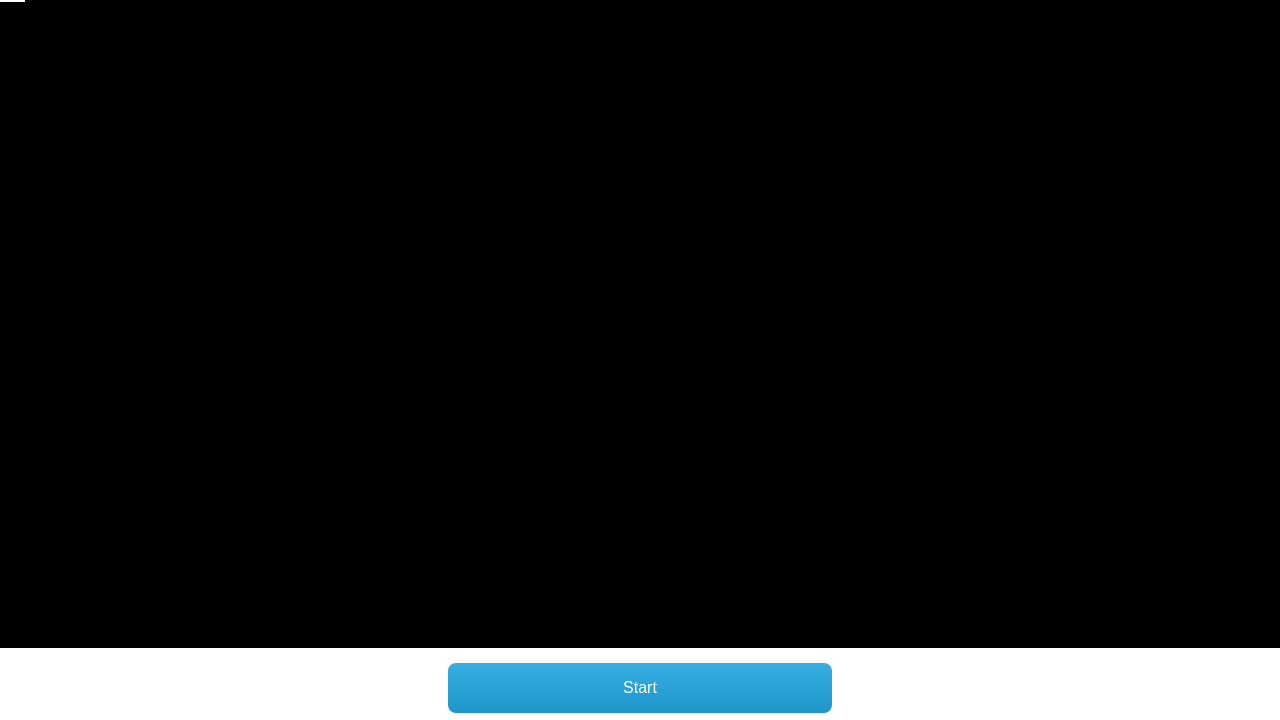
Repository: youssef4-75/windmill
Page: index.html
These files come from the project's save history. The page is drawn as it stood at one moment and after a run of saves; the edit follows.
The browser window is 1280 px wide. The pictures show the whole page.

Above is the page before, as saved 2025-05-02 07:53:21.
Console error (its wording comes from the project's code and is left out).

### index.html
<!DOCTYPE html>
<html>

  <head>
    <link rel="stylesheet" href="index.css">
    <link rel="icon" type="image/png" sizes="192x192" href="android-icon-192x192.png">

    <title>Windmill Simulation</title>
  </head>

  <body>

    <div id="main" class="full-size">
      <div class="line keep"></div>

    </div>

    <button id="launcher" onclick="turnOnOff()">Start</button>
    <script type="text/javascript" src="index.js"></script>

    <!-- Default Statcounter code for Windmill Simulation -->

    <!-- End of Statcounter Code -->
  </body>

</html>

### index.css
html,
body {
    margin: 0;
    padding: 0;
    height: 100%;
    width: 100%;
}

.full-size {
    height: 90%;
    width: 100%;
    overflow: hidden;
    /* or overflow:auto; if you want scrollbars */
}

#main {
    background-color: black;
}

.line {
    width: 50px;
    height: 2px;
    background-color: white;
    /* background: linear-gradient(90deg, red 50%, blue 50%); */
    position: fixed;
    top: 0px;
    left: -25px;
    overflow: hidden;
    z-index: 0;

}

.hit {
    position: fixed;
    height: 10px;
    width: 10px;
    background-color: green;
    transform: translate(-50%, -50%);
    border-radius: 100%;
}

.dot {
    position: fixed;
    height: 10px;
    width: 10px;
    background-color: pink;
    transform: translate(-50%, -50%);
    border-radius: 100%;
}

/*---------------*/

#launcher {
    position: fixed;
    left: 50%;
    transform: translate(-50%, 0%);
    bottom: 7px;
    background-image: linear-gradient(-180deg, #37AEE2 0%, #1E96C8 100%);
    border-radius: .5rem;
    box-sizing: border-box;
    color: #FFFFFF;
    display: flex;
    font-size: 16px;
    justify-content: center;
    padding: 1rem 1.75rem;
    text-decoration: none;
    width: 30%;
    margin-top: 30px;
    border: 0;
    cursor: pointer;
    user-select: none;
    -webkit-user-select: none;
    touch-action: manipulation;
    z-index: 10;
}

#launcher:hover {
    background-image: linear-gradient(-180deg, #1D95C9 0%, #17759C 100%);
}

@media (min-width: 768px) {
    #launcher {
        padding: 1rem 2rem;
    }
}

### index.js
if (!Object.values) Object.values = function (o) {
  return Object.keys(o).map(function (k) {
    return o[k];
  });
};


var floor = function floor(num) {
  // a function to calculate the floor function
  return num << 0;
};

var str2num = function str2num(str) {
  // used to convert a string to a numerical value
  return parseInt(str.slice(0, -2));
};

var vw = window.innerWidth || 2000;  // the view width of the window
var vh = window.innerHeight || 2000;  // the view height of the window
var len = 3 * (vh + vw);  // the length of the line, supposed to be infinite
var dots = {};  // the dots on the line, stored as an object with x,y coordinates as keys
var dkwtd = 10  // the delay between each step in milliseconds, used to control the speed of the line, the bigger the number the slower the line moves

var getpos = function getpos(elm) {
  // a function to get the position of any element as an Object {x, y}
  var x = str2num(elm.style.left) + floor(len / 2);
  var y = str2num(elm.style.top);
  return {
    x: x,
    y: y
  };
};

var setpos = function setpos(elm, x, y) {
  // a function to set the position of any element
  elm.style.left = "".concat(x - floor(len / 2), "px");
  elm.style.top = "".concat(y, "px");
};

var universe = document.querySelector('#main');  // the main region where the scene is a live
var line = document.querySelector('.line');  // the line that will be drawn on the screen
line.style['width'] = "".concat(len, "px");
line.style['left'] = '200px';
line.style['top'] = '0px';
setpos(line, floor(universe.offsetWidth / 2), floor(universe.offsetHeight * .95)); //setpos(line,0,0);

var start = null;
var canRotate = false;
var slope = 180;
var shouldUseislope = false;
var nextDot;
var nextDotDeg = 365;
var digs = [];


function turnOnOff(){
  // the function that start and stop the line rotation
  canRotate = !canRotate;
  const button = document.getElementById('launcher');
  if (canRotate) {
    button.innerHTML = "Stop";
  } else {
    button.innerHTML = "Start";
  }

}

function doStuff() {
  // the animation loop that will be called every
  var islope = slope + 180;

  //decide whether to use the slope or the islope
  if (islope < 0) {
    islope = 360 + islope;
  } else if (islope > 360) {
    islope = islope - 360;
  }

  var tryslope = shouldUseislope ? islope : slope;
  var linebuffer = tryslope - .6;

  /
  if (tryslope >= nextDotDeg && linebuffer < nextDotDeg) {

    setpos(line, nextDot.x, nextDot.y);
    nextDot.ref.className = "hit";

    if (navigator.vibrate) {
      navigator.vibrate([100]);
    }

    var p1 = getpos(line);
    digs = [];
    Object.values(dots).forEach(function (p2) {
      if (p1.x == p2.x && p1.y == p2.y) { } else {
        var pointDegs = Math.atan2(p2.y * -1 - p1.y * -1, p2.x - p1.x) * 180 / Math.PI;

        if (pointDegs < 0) {
          pointDegs = 360 + pointDegs;
        }

        digs.push({
          d: pointDegs,
          p: p2
        });
      }
    });

    digs.sort(function (a, b) {
      return a.d - b.d;
    });

    var potentialdig = 'false';
    var potentialdot = 'false';
    var pdig;
    var pdot;

    for (var _i = 0, _digs = digs; _i < _digs.length; _i++) {
      var dig = _digs[_i];

      if (slope < dig.d) {
        potentialdig = dig.d;
        potentialdot = dig.p;
        break;
      }
    }

    if (potentialdig === 'false' && digs[0]) {
      pdig = digs[0].d;
      pdot = digs[0].p;
    } else {
      pdig = potentialdig;
      pdot = potentialdot;
    }

    var _islope = slope + 180;

    if (_islope < 0) {
      _islope = 360 + _islope;
    } else if (_islope > 360) {
      _islope = _islope - 360;
    }

    var ipotentialdig = 'false';
    var ipotentialdot = 'false';
    var ipdig;
    var ipdot;

    for (var _i2 = 0, _digs2 = digs; _i2 < _digs2.length; _i2++) {
      var _dig = _digs2[_i2];

      if (_islope < _dig.d) {
        ipotentialdig = _dig.d;
        ipotentialdot = _dig.p;
        break;
      }
    }

    if (ipotentialdig === 'false' && digs[0]) {
      ipdig = digs[0].d;
      ipdot = digs[0].p;
    } else {
      ipdig = ipotentialdig;
      ipdot = ipotentialdot;
    }

    var sdif = pdig - slope < 0 ? pdig + (360 - slope) : pdig - slope;
    var isdif = ipdig - _islope < 0 ? ipdig + (360 - _islope) : ipdig - _islope;

    if (sdif > isdif) {
      nextDotDeg = ipdig;
      nextDot = ipdot;
      shouldUseislope = true;
    } else {
      nextDotDeg = pdig;
      nextDot = pdot;
      shouldUseislope = false;
    }


  }

  if(canRotate){
    line.style.transform = "rotate(".concat(360 - slope, "deg)");
    slope = slope + .5;
  }

  if (slope === 360) {
    slope = 0;
  }
}

function step(timestamp) {
  doStuff();
  setTimeout(step, dkwtd);
}

window.requestAnimationFrame(step);

var makeDot = function makeDot(parent, x, y) {
  var fieldWidth = universe.offsetWidth; // the width of the field
  var fieldHeight = universe.offsetHeight; // the height of the field

  if (!(0<x && x<fieldWidth && 0<y && y<fieldHeight)) {
    return;
  }
  var newDot = document.createElement("div");
  newDot.style.left = "".concat(x, "px");
  newDot.style.top = "".concat(y, "px");
  newDot.className = "dot";
  parent.appendChild(newDot);
  dots["".concat(x, ",").concat(y)] = {
    x: x,
    y: y,
    ref: newDot
  };
  console.log({
    dots: dots
  });
  var p1 = getpos(line);
  var pdiff = 0;
  digs = [];
  Object.values(dots).forEach(function (p2) {
    if (p1.x == p2.x && p1.y == p2.y) { } else {
      var pointDegs = Math.atan2(p2.y * -1 - p1.y * -1, p2.x - p1.x) * 180 / Math.PI;

      if (pointDegs < 0) {
        pointDegs = 360 + pointDegs;
      }

      digs.push({
        d: pointDegs,
        p: p2
      });
    }
  });
  digs.sort(function (a, b) {
    return a.d - b.d;
  });
  var potentialdig = 'false';
  var potentialdot = 'false';
  var pdig;
  var pdot;

  for (var _i3 = 0, _digs3 = digs; _i3 < _digs3.length; _i3++) {
    var dig = _digs3[_i3];

    if (slope < dig.d) {
      potentialdig = dig.d;
      potentialdot = dig.p;
      break;
    }
  }

  if (potentialdig === 'false' && digs[0]) {
    pdig = digs[0].d;
    pdot = digs[0].p;
  } else {
    pdig = potentialdig;
    pdot = potentialdot;
  }

  var islope = slope + 180;

  if (islope < 0) {
    islope = 360 + islope;
  } else if (islope > 360) {
    islope = islope - 360;
  }

  var ipotentialdig = 'false';
  var ipotentialdot = 'false';
  var ipdig;
  var ipdot;

  for (var _i4 = 0, _digs4 = digs; _i4 < _digs4.length; _i4++) {
    var _dig2 = _digs4[_i4];

    if (islope < _dig2.d) {
      ipotentialdig = _dig2.d;
      ipotentialdot = _dig2.p;
      break;
    }
  }

  if (ipotentialdig === 'false' && digs[0]) {
    ipdig = digs[0].d;
    ipdot = digs[0].p;
  } else {
    ipdig = ipotentialdig;
    ipdot = ipotentialdot;
  }

  var sdif = pdig - slope < 0 ? pdig + (360 - slope) : pdig - slope;
  var isdif = ipdig - islope < 0 ? ipdig + (360 - islope) : ipdig - islope;

  if (sdif > isdif) {
    nextDotDeg = ipdig;
    nextDot = ipdot;
    shouldUseislope = true;
  } else {
    nextDotDeg = pdig;
    nextDot = pdot;
    shouldUseislope = false;
  }

  console.log({
    nextDotDeg: nextDotDeg,
    nextDot: nextDot,
    shouldUseislope: shouldUseislope,
    slope: slope,
    islope: islope
  });
  console.log({dots})
};

var iOS = !!navigator.platform && /iPad|iPhone|iPod/.test(navigator.platform);

var clickOrTap = function clickOrTap(event) {
  makeDot(universe, event.clientX || event.pageX, event.clientY || event.pageY);
};

var clickortouch = iOS && 'ontouchstart' in window ? 'touchstart' : 'click';
document.addEventListener(clickortouch, clickOrTap);
document.addEventListener('keydown', function (event) {
  // Check if the pressed key is the spacebar (key code 32 or 'Space')
  if (event.code === 'Space' || event.key === ' ' || event.keyCode === 32) {
    event.preventDefault(); // Prevent default behavior (e.g., scrolling down)
    turnOnOff(); // Call your function
  }
});

After the next 2 saves:
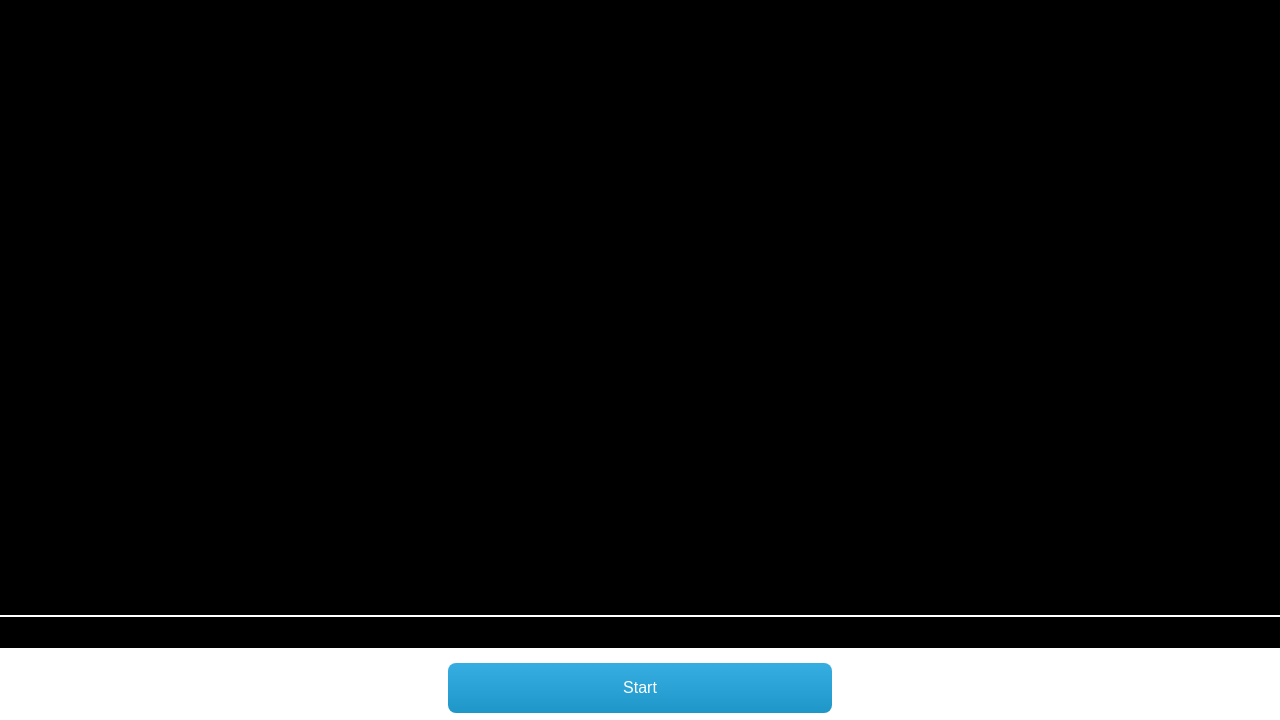
The error is gone.
The 2 saves are shown as one change because they came seconds apart.
The last was saved 8 s later.
--- a/index.js
+++ b/index.js
@@ -79,7 +79,7 @@ function doStuff() {
   var tryslope = shouldUseislope ? islope : slope;
   var linebuffer = tryslope - .6;
 
-  /
+  // change the pivot
   if (tryslope >= nextDotDeg && linebuffer < nextDotDeg) {
 
     setpos(line, nextDot.x, nextDot.y);
